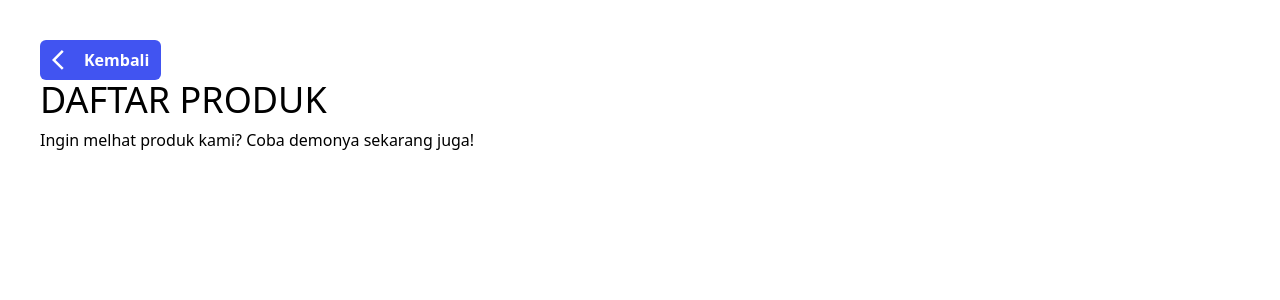
Repository: whytrno/sinovi-products
Page: /products
These files come from the project's save history. The page is drawn as it stood at one moment and after the next save; the edit follows.
The browser window is 1280 px wide. The pictures show the whole page.
The project was rebuilt for these pictures with package versions that can differ from the ones it lists, and the page was loaded fresh each time. The framework's server and built-in components were replaced by stand-ins that run in the browser. Also part of the build but not shown: next.config.js.

Above is the page before, as saved 2023-02-25 00:12:10.

### pages/products.js
import BackIcon from "@/components/Icon/BackIcon";
import Link from "next/link";

export default function Products() {
    return (
        <div className="p-10">
            <Link href="/" className="bg-[#4154F1] flex gap-5 items-center w-min whitespace-nowrap text-white rounded-md py-2 px-3">
                <BackIcon />
                <p className="text-md font-semibold">Kembali</p>
            </Link>

            <div className="space-y-2">
                <h1 className="text-4xl">DAFTAR PRODUK</h1>
                <p className="text-md">Ingin melhat produk kami? Coba demonya sekarang juga!</p>
            </div>
        </div>
    )
}

### components/Icon/BackIcon.js
function BackIcon(props) {
    return (
        <svg
            width={12}
            height={20}
            fill="none"
            xmlns="http://www.w3.org/2000/svg"
            {...props}
        >
            <path
                d="M11.67 1.77L9.9 0 0 9.9l9.9 9.9 1.77-1.77L3.54 9.9l8.13-8.13z"
                fill="#fff"
            />
        </svg>
    );
}

export default BackIcon;

### tailwind.config.js
/** @type {import('tailwindcss').Config} */
module.exports = {
  content: [
    "./app/**/*.{js,ts,jsx,tsx}",
    "./pages/**/*.{js,ts,jsx,tsx}",
    "./components/**/*.{js,ts,jsx,tsx}"
  ],
  theme: {
    extend: {
      colors: {
        primary: "#03338D",
        secondary: "#4154F1",
        title: "#192A48",
        paragraph: "#444444"
      },
    },
    plugins: [],
  }
}

Loaded but not shown: pages/_app.js (common file); pages/_document.js (common file); styles/globals.css (common file)

After the next save:
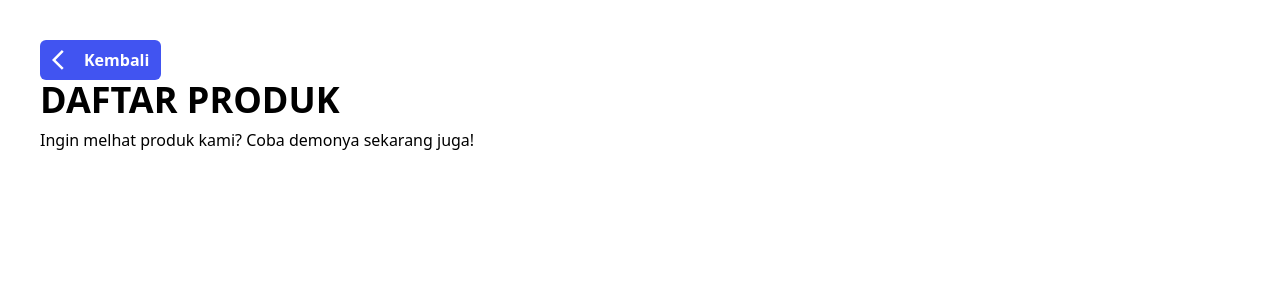
Saved 8 s later.
--- a/pages/products.js
+++ b/pages/products.js
@@ -10,7 +10,7 @@
             </Link>
 
             <div className="space-y-2">
-                <h1 className="text-4xl">DAFTAR PRODUK</h1>
+                <h1 className="text-4xl font-semibold">DAFTAR PRODUK</h1>
                 <p className="text-md">Ingin melhat produk kami? Coba demonya sekarang juga!</p>
             </div>
         </div>
